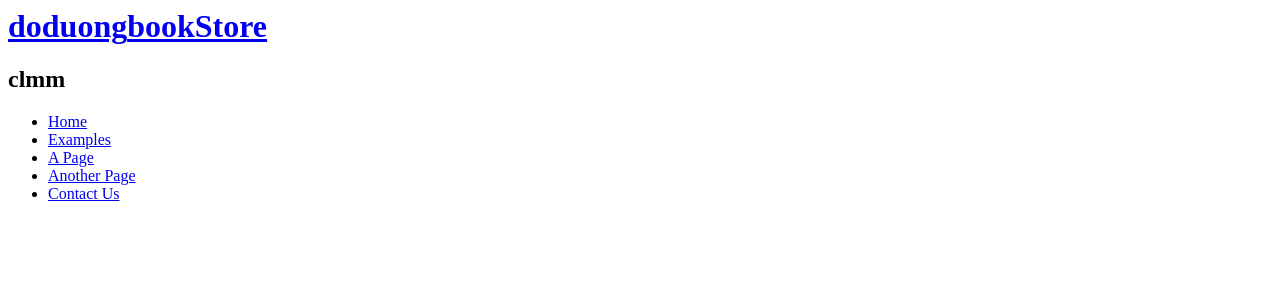
Repository: ngttuyen/JavaWeb
Page: http://localhost/MyWebsite/includes/header.jsp
An editor plug-in stored every save of this project. The page is shown before and after a run of saves, followed by the edit.
The browser window is 1280 px wide. The pictures show the whole page.
The page is served by Tomcat 9. Other server files are loaded and not shown.

Above is the page before, as saved 2019-06-01 09:39:42.

### MyWebsite/WebContent/includes/header.jsp
<%@page contentType="text/html" pageEncoding="utf-8" %>
<div id="header">
      <div id="logo">
        <div id="logo_text">
          <!-- class="logo_colour", allows you to change the colour of the text -->
          <h1><a href="index.jsp">doduong<span class="logo_colour">bookStore</span></a></h1>
          <h2>clmm</h2>
        </div>
      </div>
      <div id="menubar">
        <ul id="menu">
          <!-- put class="selected" in the li tag for the selected page - to highlight which page you're on -->
          <li class="selected"><a href="#">Home</a></li>
          <li><a href="#">Examples</a></li>
          <li><a href="#">A Page</a></li>
          <li><a href="#">Another Page</a></li>
          <li><a href="#">Contact Us</a></li>
        </ul>
      </div>
    </div>

After the next 2 saves:
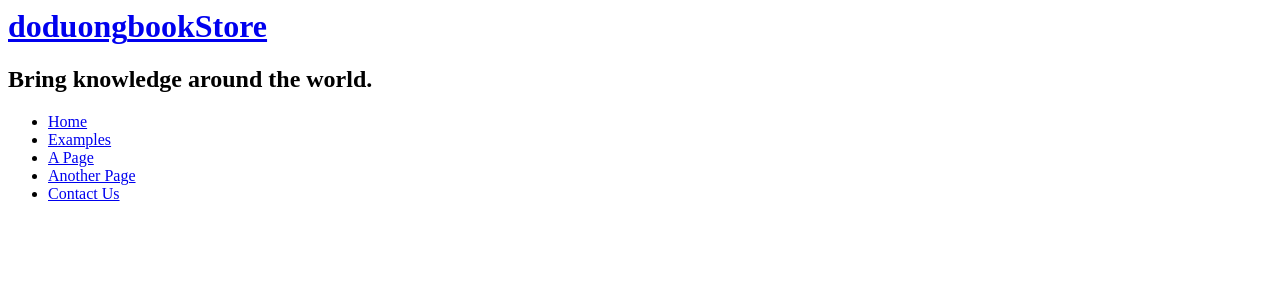
The 2 saves are shown as one change because they came seconds apart.
The last was saved 18 s later.
--- a/MyWebsite/WebContent/includes/header.jsp
+++ b/MyWebsite/WebContent/includes/header.jsp
@@ -4,7 +4,7 @@
         <div id="logo_text">
           <!-- class="logo_colour", allows you to change the colour of the text -->
           <h1><a href="index.jsp">doduong<span class="logo_colour">bookStore</span></a></h1>
-          <h2>clmm</h2>
+          <h2>Bring knowledge around the world.</h2>
         </div>
       </div>
       <div id="menubar">
